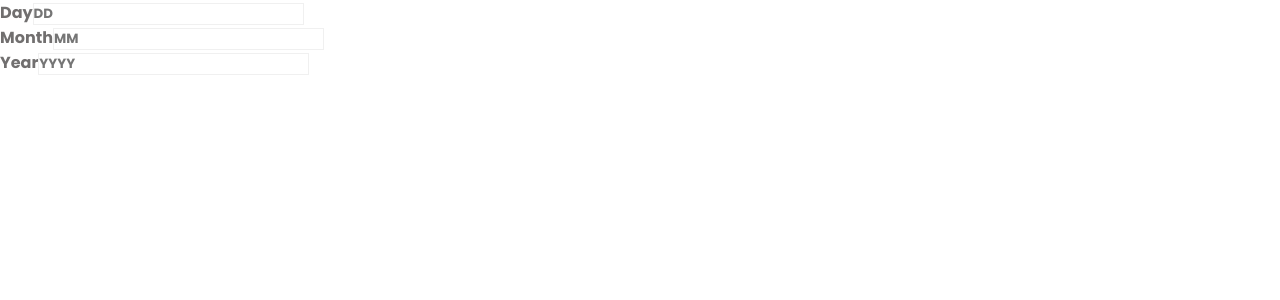
Repository: blordeus/age-calculator-app
Page: /
An editor plug-in stored every save of this project. The page is shown before and after a run of saves, followed by the edit.
The browser window is 1280 px wide. The pictures show the whole page.
The project was rebuilt for these pictures with package versions that can differ from the ones it lists, and the page was loaded fresh each time.

Above is the page before, as saved 2023-08-23 15:17:16.

After the next 6 saves:
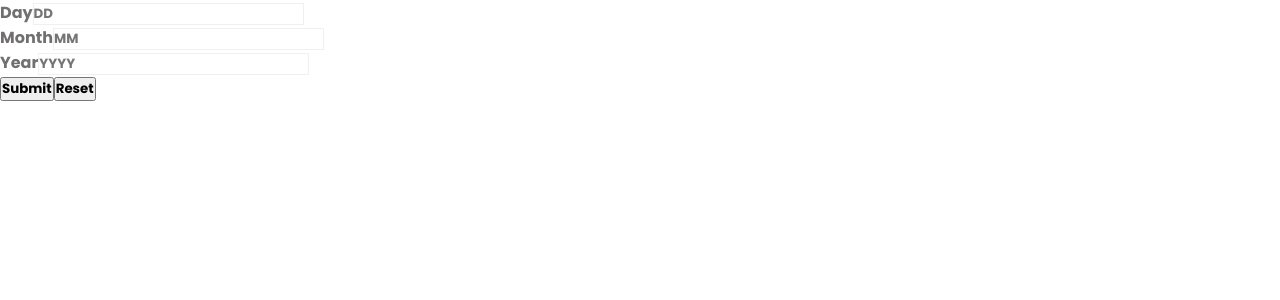
The 6 saves are shown as one change because they came seconds apart.
The last was saved 18 s later.
--- a/src/App.js
+++ b/src/App.js
@@ -104,6 +104,10 @@
   <div className="divider"></div>
   <div className="divider"></div>
   <div className="divider"></div>
+  {/* Submit Button */}
+  <button className="submit-button">Submit</button>
+  {/* Reset Form Button */}
+  <button className="reset-button">Reset</button>
 
 </div>
     </div>

After the 3 saves that followed:
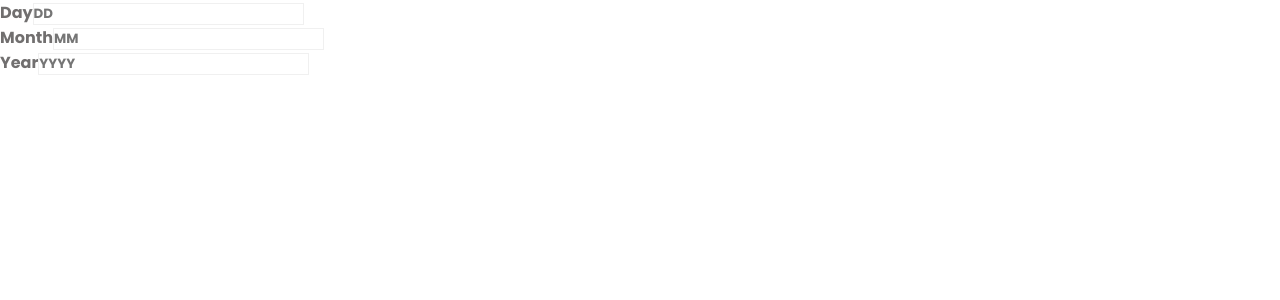
The 3 saves are shown as one change because 1 did not build or start and 1 left the picture as it was.
The last was saved 107 s later.
--- a/src/App.js
+++ b/src/App.js
@@ -102,12 +102,6 @@
 
 <div className="divider-container">
   <div className="divider"></div>
-  <div className="divider"></div>
-  <div className="divider"></div>
-  {/* Submit Button */}
-  <button className="submit-button">Submit</button>
-  {/* Reset Form Button */}
-  <button className="reset-button">Reset</button>
 
 </div>
     </div>
